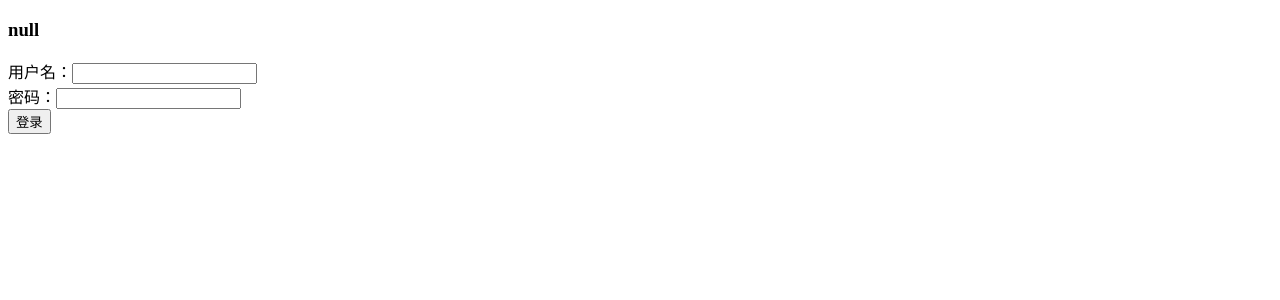
Repository: oliverwreath/java_camp_for_ecommerce
Page: http://localhost/servlet/login/login.jsp
These files come from the project's save history. The page is drawn as it stood at one moment and after the next save; the edit follows.
The browser window is 1280 px wide. The pictures show the whole page.
The page is served by Tomcat 9. Other server files are loaded and not shown.

Above is the page before, as saved 2014-04-05 05:17:49.

### workspace/servlet/WebContent/login/login.jsp
<%@ page language="java" contentType="text/html; charset=UTF-8"
    pageEncoding="UTF-8"%>
<!DOCTYPE html PUBLIC "-//W3C//DTD HTML 4.01 Transitional//EN" "http://www.w3.org/TR/html4/loose.dtd">
<html>
<head>
	<meta http-equiv="Content-Type" content="text/html; charset=UTF-8">
	<title>Insert title here</title>
</head>
<body>
	<h3><%=request.getAttribute("loginError") %></h3>
	<form name=regForm action="handleLogin.jsp" method=post>
		用户名：<input type=text name=uname/><br/>
		密码：<input type=password name=pwd/><br/>
		<input type=submit value="登录">
	</form>
</body>
</html>

After the next save:
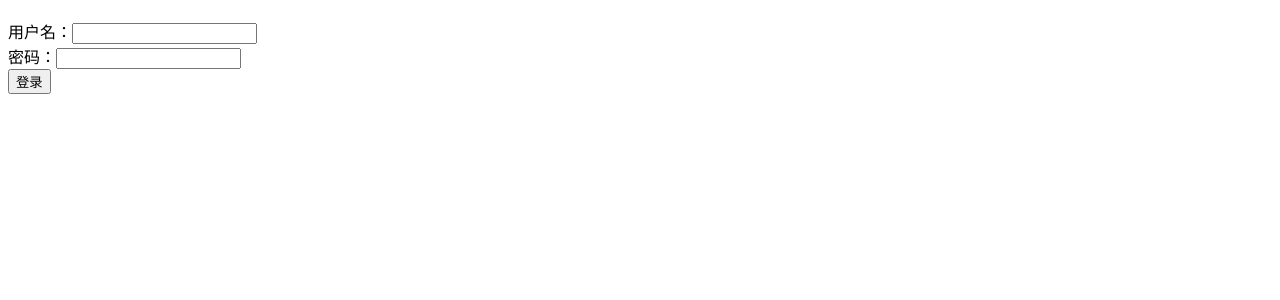
Saved 91 s later.
--- a/workspace/servlet/WebContent/login/login.jsp
+++ b/workspace/servlet/WebContent/login/login.jsp
@@ -7,7 +7,7 @@
 	<title>Insert title here</title>
 </head>
 <body>
-	<h3><%=request.getAttribute("loginError") %></h3>
+	<h3><%=request.getAttribute("loginError")==null?"":request.getAttribute("loginError") %></h3>
 	<form name=regForm action="handleLogin.jsp" method=post>
 		用户名：<input type=text name=uname/><br/>
 		密码：<input type=password name=pwd/><br/>
